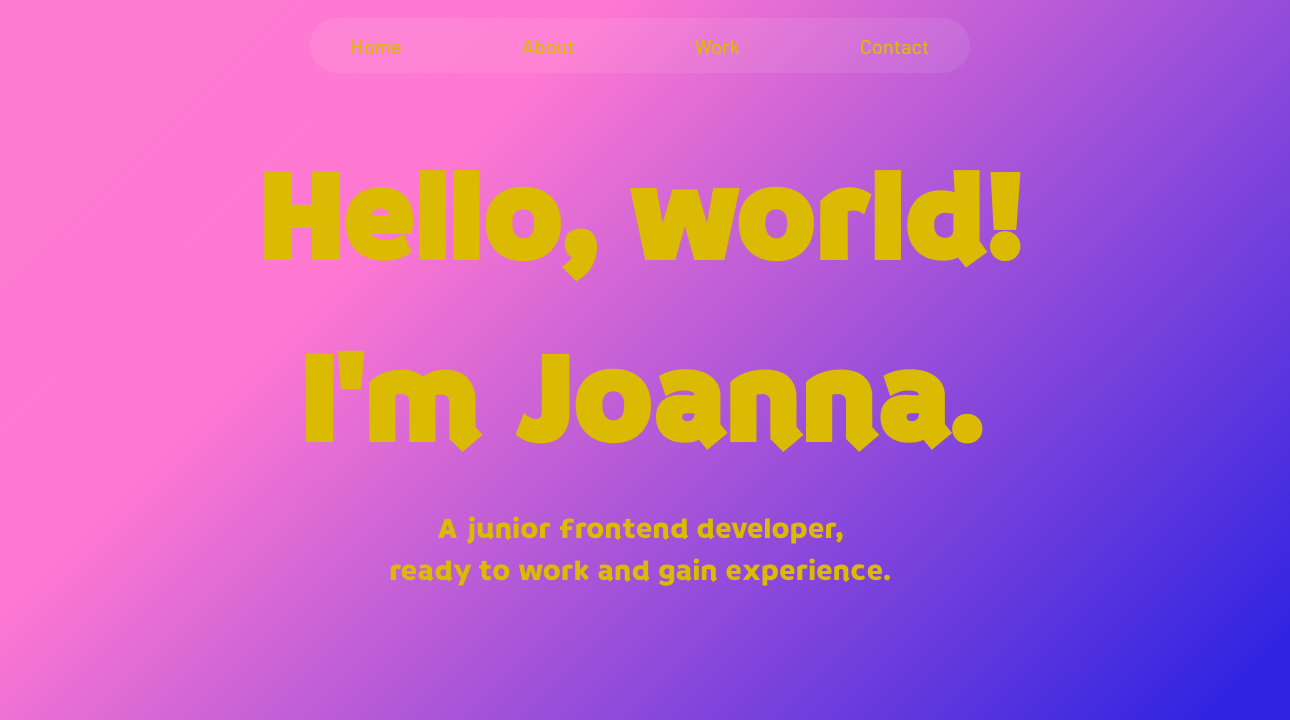
Repository: JJonka/portfolio_site
Page: /
An editor plug-in stored every save of this project. The page is shown before and after the next save, followed by the edit.
The browser window is 1280 px wide. The page is 1290 px wide, so the pictures cover 1290 px, including what lies to the right of the window. The pictures show the whole page.
The project was rebuilt for these pictures with package versions that can differ from the ones it lists, and the page was loaded fresh each time. Also part of the build but not shown: vite.config.ts, src/components/EndOfSection.module.scss, src/components/EndOfSection.tsx, src/pages/About.tsx, src/components/LogoIcon.module.scss, src/components/LogoIcon.tsx, src/pages/Contact.tsx, src/pages/Work.module.scss and 1 more.

Above is the page before, as saved 2023-10-08 11:44:29.

### index.html
<!doctype html>
<html lang="en">
  <head>
    <meta charset="UTF-8" />
    <link rel="icon" href="./src/assets/jj_logo.png">
    <meta name="viewport" content="width=device-width, initial-scale=1.0" />
    <title>Joanna Jurasz - software developer</title>
  </head>
  <body>
    <div id="root"></div>
    <script type="module" src="/src/index.tsx"></script>
  </body>
</html>

### src/index.tsx
import React from 'react';
import ReactDOM from 'react-dom/client';
import App from './App';
import { BrowserRouter } from 'react-router-dom';


const root = ReactDOM.createRoot( document.getElementById('root') as HTMLElement);

root.render(
  <BrowserRouter>
    <App />
  </BrowserRouter>
);

### src/App.tsx
import { Routes, Route } from 'react-router-dom';
import HomePage from './pages/HomePage';
import About from './pages/About';
import Contact from './pages/Contact';
import Work from './pages/Work';
import './App.css'


const App = () => {
    return (
      <div>
      <div className='mainBackground' />
      <div className='layer1' />
      <div className='layer2' />

      <Routes>
        <Route path='/' element={ <HomePage /> } />
        <Route path='/about' element={ <About /> } />
        <Route path='/work' element={ <Work /> } />
        <Route path='/contact' element={ <Contact /> }/>
      </Routes>
      </div>
    )
}

export default App;

### src/pages/HomePage.tsx
import Menu from "../components/Menu";
import styles from "./HomePage.module.scss"

const  HomePage = () => {
    return (
      <div className={styles.card}>

        <div className={styles.container}>
        <Menu></Menu>
          <img src="" className={styles.imgTop}></img>
          <h1 className={styles.header}>Hello, world!<br />I'm Joanna.</h1>
          <h2 className={styles.introduction}>A junior frontend developer, <br />ready to work and gain experience.</h2>
          <img src="" className={styles.imgBottom}></img>
        </div>
      </div>
    )
}

export default HomePage;

### src/App.css
@font-face {
  font-family: 'Barlow-Light';
  src: url(/fonts/Barlow-Light.ttf);
}

@font-face {
	font-family: 'Barlow-Regular' ;
	src: url(/fonts/Barlow-Regular.ttf);
}

body {
	display: flex;
	flex-direction: column;
    align-items: center;
    font-family: 'Barlow-Light';
	text-align: center;
    padding-left: calc(100vw - 100%);
    --main-color: #daba02;
}

.mainBackground {
    background-image: linear-gradient(135deg, #fc79d0 10%, #ff00aa8e 40% , #2719e0 80%);
    animation: slide 5s linear infinite alternate;
    animation-fill-mode: forwards;
    animation-delay: -1s;
    position: fixed;
    top: 0;
    bottom: 0;
    left: -50%;
    right: -50%;
    opacity: 0.95;
    z-index: -1;
}




@keyframes slide {
    0% {
        transform: translateX(-20%);
    }
    100% {
        transform: translateX(5%);
    }

}

### src/components/Menu.tsx
import styles from "./Menu.module.scss";
import  LinkToPage  from "./LinkToPage"

const Menu = () => {

    return (
        <div className={styles.menu}>
            <LinkToPage
                link = {'/'}
                urlTo = {"http://localhost:5173/"}
                linkTitle= {"Home"}
            ></LinkToPage>
            <LinkToPage
                link = {'/about'}
                urlTo = {"http://localhost:5173/about"}
                linkTitle= {"About"}
            ></LinkToPage>
            <LinkToPage
                link = {'/work'}
                urlTo = {"http://localhost:5173/work"}
                linkTitle= {"Work"}
            ></LinkToPage>
            <LinkToPage
                link = {'/contact'}
                urlTo = {"http://localhost:5173/contact"}
                linkTitle= {"Contact"}
            ></LinkToPage>
        </div>
    )
};

export default Menu;

### src/pages/HomePage.module.scss
@font-face {
    font-family: 'BraahOne-Regular';
    src: url(/fonts/BraahOne-Regular.ttf);
}

.header {
    color: var(--main-color);
    font-family: "BraahOne-Regular";
    font-size: 130px;
    margin-bottom: 10px;
    margin-top: 25px;
}

.introduction {
    color: var(--main-color);
    font-family: "BraahOne-Regular";
    font-size: 30px;
    font-weight: 50;
    margin-top: 5px;

}

.imgTop {
    position: absolute;
    top: 20px;
    left: 0;
    max-width: 40%;
    max-height: 40%;
    -webkit-transform: scaleX(-1);
    transform: scaleX(-1);
}

.imgBottom {
    position: absolute;
    bottom: 0;
    right: 0;
    max-width: 40%;
    max-height: 40%;
}

.container {
    display: flex;
    flex-direction: column;
    align-items: center;
    position: relative;
    width: 1300px;
    height: 600px;
}

.card {
    display: flex;
    flex-direction: column;
    align-items: center;
}

### src/pages/About.module.scss
@font-face {
	font-family: 'Barlow-Regular' ;
	src: url(/fonts/Barlow-Regular.ttf);
}

.card {
    display: flex;
    flex-direction: column;
    align-items: center;
}

.header {
    color: var(--main-color);
    font-family: "BraahOne-Regular";
    font-size: 100px;
    margin-bottom: 10px;
    margin-top: 15px;
}

.container {
    justify-content: center;
    display: flex;
    flex-direction: row;
    height: 450px;
    width: 1100px;
    gap: 50px;
    margin-bottom: 10px;
    margin-top: 20px;
}

.image {
    max-width: 90%;
    max-height: 90%;
}

.text {
    height: 400px;
    width: 550px;
    display: flex;
    flex-direction: column;
    align-items: center;
    justify-content: center;
}

.aboutMe {
    font-family: "Barlow-Regular";
    font-size: 20px;
    color:  rgb(0, 68, 157);
    margin: 0;
    padding: 30px;

}

.box {
    background-color: rgba(255, 255, 255, 0.419);
    border-color: var(--main-color);
    border-radius: 50px;
    border-style: solid;
    border-width: 2px;
    text-align: justify;
}

### src/pages/Contact.module.scss
@font-face {
	font-family: 'Barlow-Regular' ;
	src: url(/fonts/Barlow-Regular.ttf);
}
@font-face {
    font-family: 'Barlow-Medium';
    src: url(/fonts/Barlow-Medium.ttf);
}

.card {
    align-items: center;
    display: flex;
    flex-direction: column;
}

.container {
    display: flex;
    flex-direction: column;
    align-items: center;
    height: 500px;
    width: 1100px;
    margin-bottom: 100px;
}

.header {
    color: var(--main-color);
    font-family: "BraahOne-Regular";
    font-size: 70px;
    margin-bottom: 10px;
    margin-top: 30px;

}

.logos {
    display: flex;
    flex-direction: row;
    gap: 250px;
    margin-top: 50px;
    margin-bottom: 120px;
    justify-content: center;
    width: 1000px;
}

a {
    text-decoration: none;
}

### src/components/Menu.module.scss
@font-face {
    font-family: 'Barlow-Medium';
    src: url(/fonts/Barlow-Medium.ttf);
}


.menu {
    border-radius: 50px;
    font-family: 'Barlow-Medium';
    font-size: 20px;
    margin-top: 10px;
    margin-bottom: 30px;
    width: 620px;
    height: 15px;
    padding: 20px;
    display: flex;
    flex-direction: row;
    align-items: center;
    justify-content: center;
    column-gap: 30px;
    background-color:rgba(255, 255, 255, 0.083);;

}

### src/components/LinkToPage.tsx
import { Link } from "react-router-dom";
import styles from "./LinkToPage.module.scss"

interface LinkTo  {
    link: string
    urlTo: string
    linkTitle: string
}

const LinkToPage = (props: LinkTo) => {
    return (
        <div>
            <Link to={props.link} className={document.URL == props.urlTo ? styles.active : styles.link}>{props.linkTitle} </Link>
        </div>
    )
}

export default LinkToPage

### src/components/LinkToPage.module.scss
.link {
    text-decoration: none;
    color: var(--main-color);
    margin: 10px 25px;
    padding: 5px 20px;
}

.link:hover {
    margin: 10px 25px;
    padding: 5px 20px;
    background-color: rgba(255, 255, 255, 0.259);
    border-radius: 50px;
    transition: background-color 1s;
}

.active {
    text-decoration: none;
    color: var(--main-color);
    margin: 10px 25px;
    padding: 5px 20px;
    background-color: rgba(255, 255, 255, 0.259);
    border-radius: 50px;
}

After the next save:
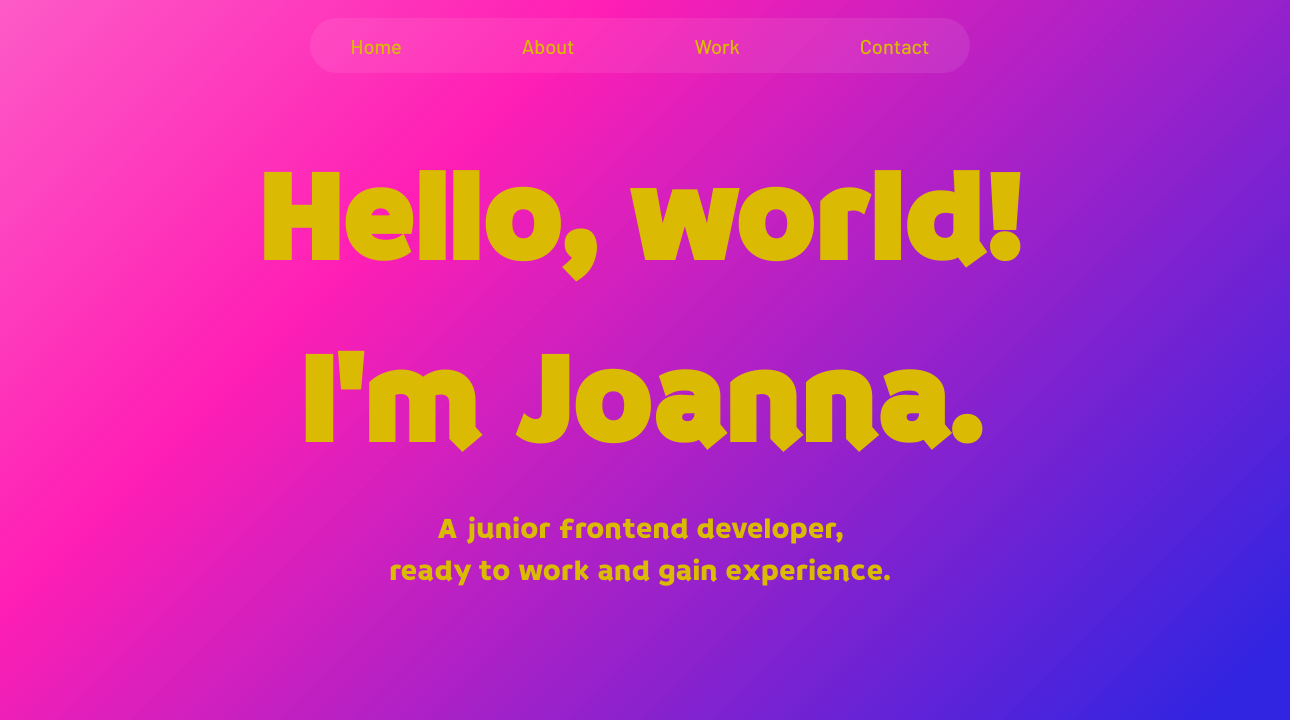
Saved 8 s later.
--- a/src/App.css
+++ b/src/App.css
@@ -19,7 +19,7 @@ body {
 }
 
 .mainBackground {
-    background-image: linear-gradient(135deg, #fc79d0 10%, #ff00aa8e 40% , #2719e0 80%);
+    background-image: linear-gradient(135deg, #fc79d0 10%, #ff00aaec 40% , #2719e0 80%);
     animation: slide 5s linear infinite alternate;
     animation-fill-mode: forwards;
     animation-delay: -1s;
